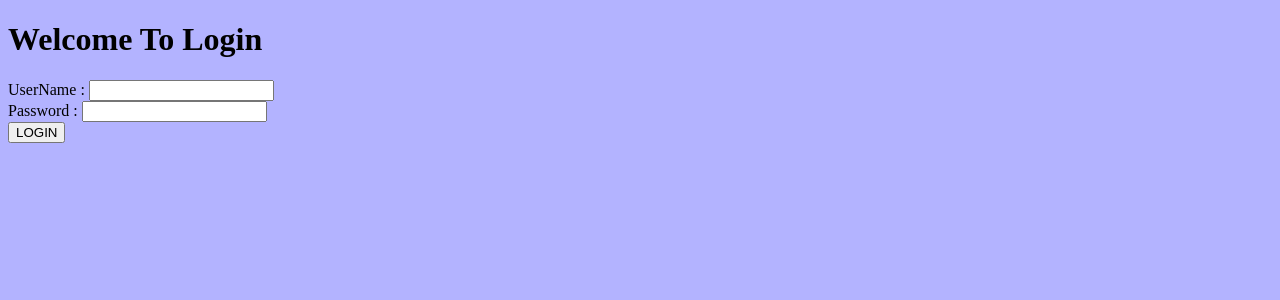
Repository: hitu-1995/reg14_spring_boot
Page: http://localhost/15-Spring-Boot-MVC-Project/login.jsp
The author's editor kept a copy of each file at every save. The page is drawn from the files as they stood at one save, then again after the next save.
The browser window is 1280 px wide. The pictures show the whole page.
The page is served by Tomcat 9.

Above is the page before, as saved 2024-02-16 10:49:57.

After the next save:
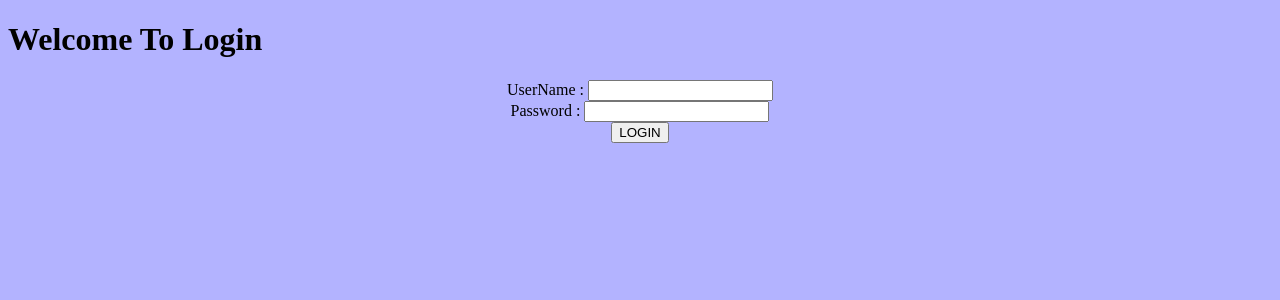
Saved 5 s later.
--- a/15-Spring-Boot-MVC-Project/src/main/webapp/login.jsp
+++ b/15-Spring-Boot-MVC-Project/src/main/webapp/login.jsp
@@ -8,7 +8,7 @@
 </head>
 <body style="background-color: #b3b3ff">
  <h1>Welcome To Login </h1>
-    <div>
+    <div align="center">
      <form action="log">
 
        <label>UserName : </label>
